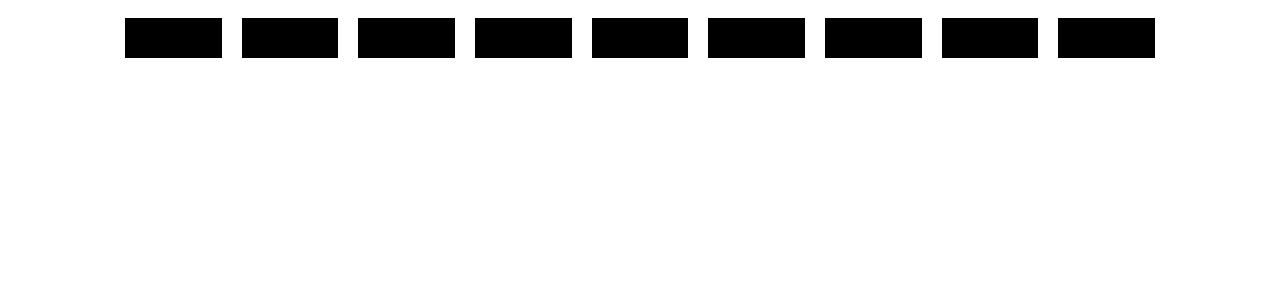
Repository: isiko1/the_importance_of_this
Page: index.html
The author's editor kept a record of every edit. The page is drawn from the files as they stood at one moment, then again after the next edit.
The browser window is 1280 px wide. The pictures show the whole page.
After loading, the first visible `div.box` was clicked once.

Above is the page before.
Console error (its wording comes from the project's code and is left out).

### index.html
<!DOCTYPE html>
<html lang="en">
<head>
    <meta charset="UTF-8">
    <meta name="viewport" content="width=device-width, initial-scale=1.0">
    <meta http-equiv="X-UA-Compatible" content="ie=edge">
    <link rel="stylesheet" href="css/style.css" type="text/css" />
    <script type="text/javascript" src="js/jquery-3.4.1.js"></script>
    <title>Document</title>
</head>
<body>
    <div class="container">
        <div class="box one">
        </div>
        <div class="box three">
        </div>
        <div class="box one">
        </div>

        <div class="box two">
        </div>
        <div class="box one">
        </div>
        <div class="box two">
        </div>

        <div class="box three">
        </div>
        <div class="box three">
        </div>
        <div class="box two">
        </div>
    </div>
    <script type="text/javascript" src="js/script.js"></script>
</body>
</html>

### css/style.css
.container {
    display: flex; /* makes container a flexbox */
    flex-flow: row wrap; /* layout the rows and wrap them */
    box-sizing: border-box;
    margin-right: auto;
    margin-left: auto;
    max-width: 1050px;
}
.box {
    flex: 1; /* make contents controllable by flexbox */
    display:flex;
    flex-flow: column;
    max-width: 240px;
    margin: 10px;
    padding: 20px;
    background-color: #000;
}

### js/script.js
$(document).ready(function(){
    $(".box").on("click", function(){
        /**
         * when we click on an element that has
         *a 'box' class, this event will be fired.
         */
        var classNames = $(this).attr("class").split(" ");
        var boxClass = classNames[0];
        var className = classNames[1];
        if($(this).css("background-color") == "rgb(255,0,0)") {
            //if this object is already red turn it black
           $("." + className).css("background-color", "#000");
        } else {
            // Else turn all elements with a 'box' class black
            // and then change the colour of all elements
            // with the same class name as the clicked element
            // to red.
            $(". " + boxClass).css("background-color", "#000");
            $(". " + className).css("background-color", "red");
        }

    });
});

Loaded but not shown: js/jquery-3.4.1.js (library)

After the next edit:
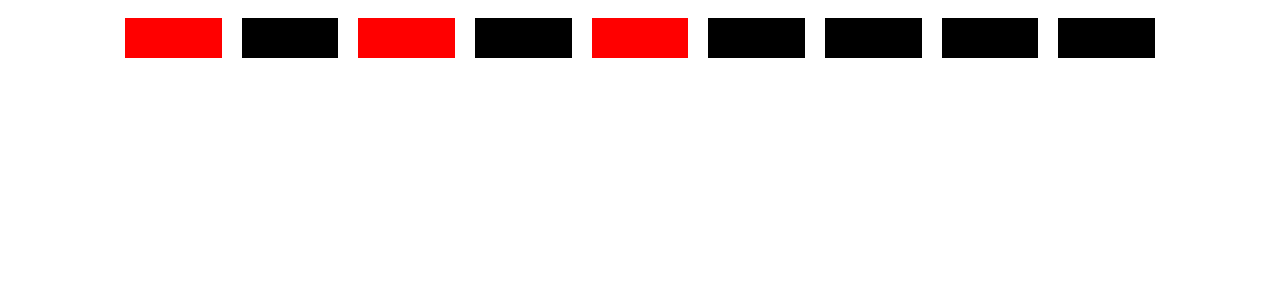
The error is gone.
The edit:
--- a/js/script.js
+++ b/js/script.js
@@ -15,8 +15,8 @@
             // and then change the colour of all elements
             // with the same class name as the clicked element
             // to red.
-            $(". " + boxClass).css("background-color", "#000");
-            $(". " + className).css("background-color", "red");
+            $("." + boxClass).css("background-color", "#000");
+            $("." + className).css("background-color", "red");
         }
 
     });
